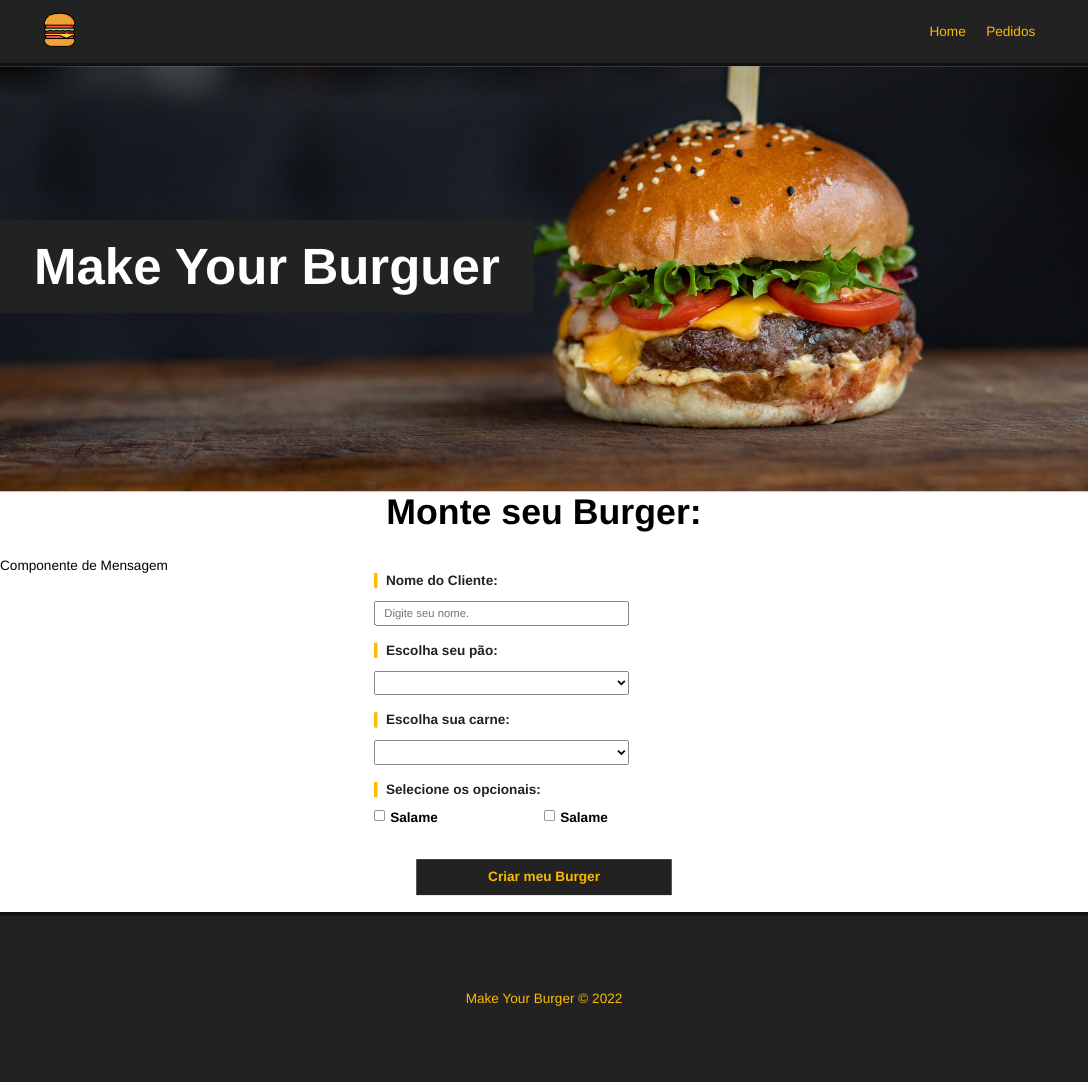
Repository: brunofa23/makeyourburguer
Page: /
An editor plug-in stored every save of this project. The page is shown before and after the next save, followed by the edit.
The browser window is 1280 px wide. The pictures show the whole page, at 85% of full size.
The pointer rests on the first visible `.submit-btn`.
The project was rebuilt for these pictures with package versions that can differ from the ones it lists, and the page was loaded fresh each time. Also part of the build but not shown: vue.config.js.

Above is the page before, as saved 2022-08-09 21:09:45.

After the next save:
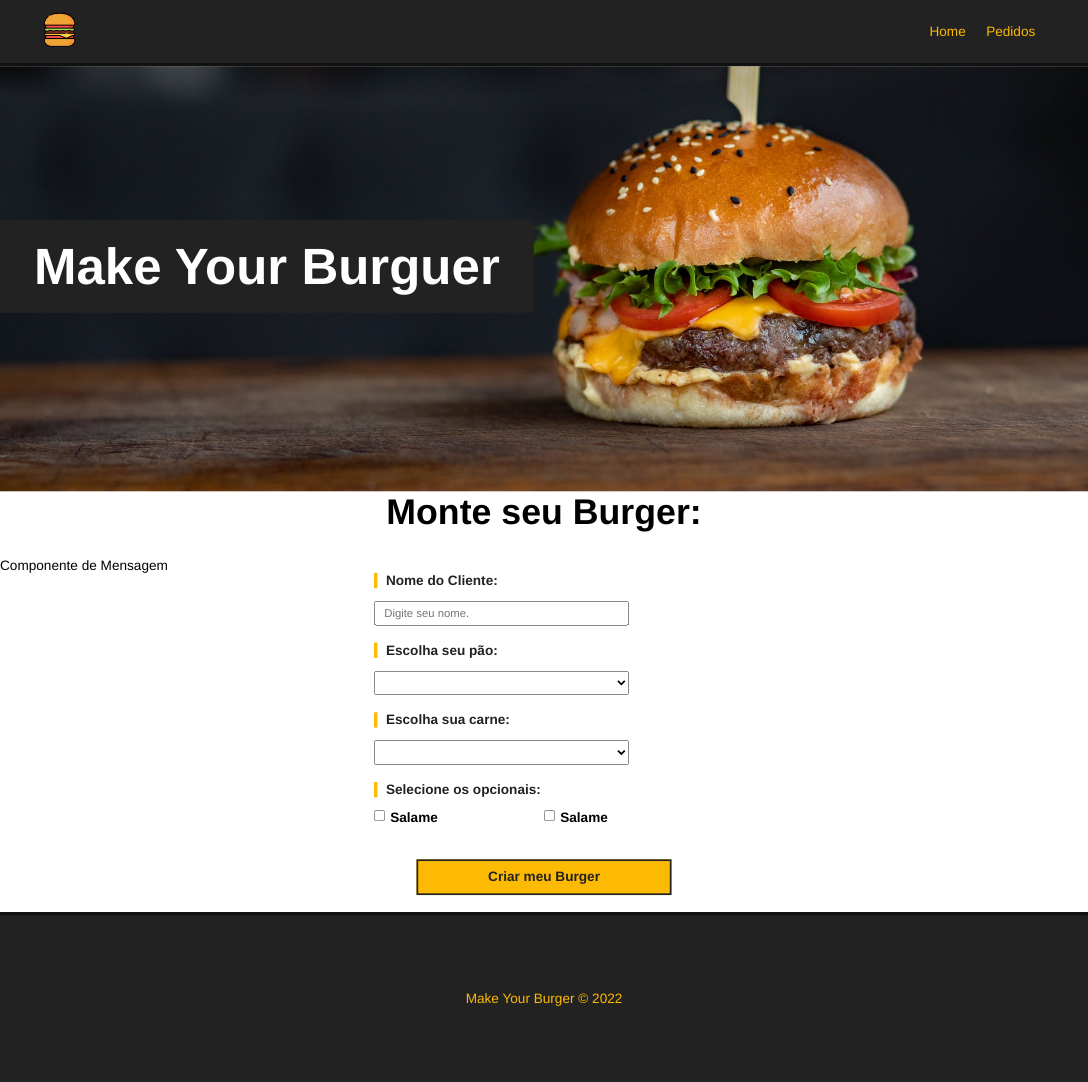
Saved 31 s later.
--- a/src/components/BurgerForm.vue
+++ b/src/components/BurgerForm.vue
@@ -129,5 +129,8 @@ select {
 }
 
 
-
+.submit-btn:hover{
+    background-color: #FCBA03;
+    color: #222;
+}
 </style>
